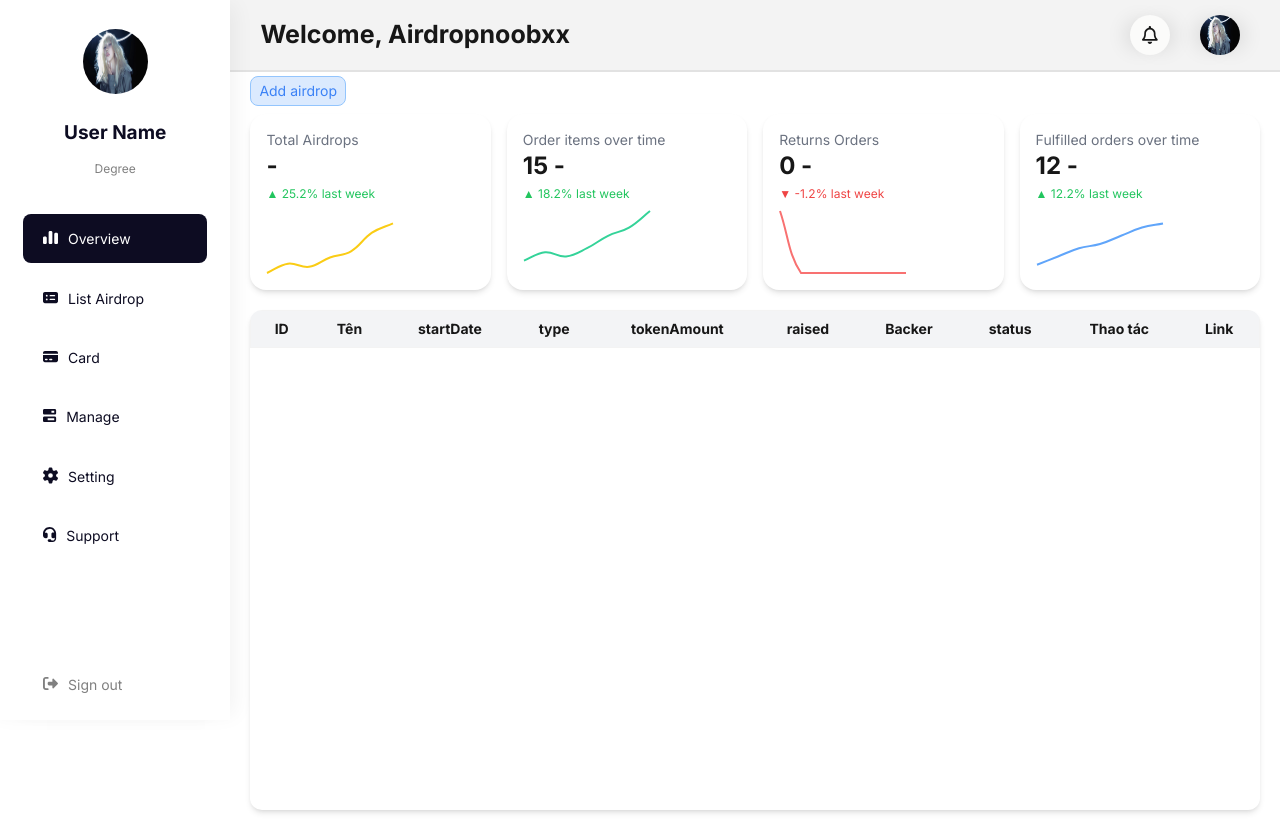
Repository: conGaStuer/airdropmamager
Page: /airdrops
The author's editor kept a copy of each file at every save. The page is drawn from the files as they stood at one save, then again after the next save.
The browser window is 1280 px wide. The pictures show the whole page.
The page's requests for data from a server got no answer. The project was rebuilt for these pictures with package versions that can differ from the ones it lists, and the page was loaded fresh each time. The framework's server and built-in components were replaced by stand-ins that run in the browser. No one was signed in, and anything a server would have sent is missing. Also part of the build but not shown: next.config.ts.

Above is the page before, as saved 2025-05-28 19:04:56.

After the next save:
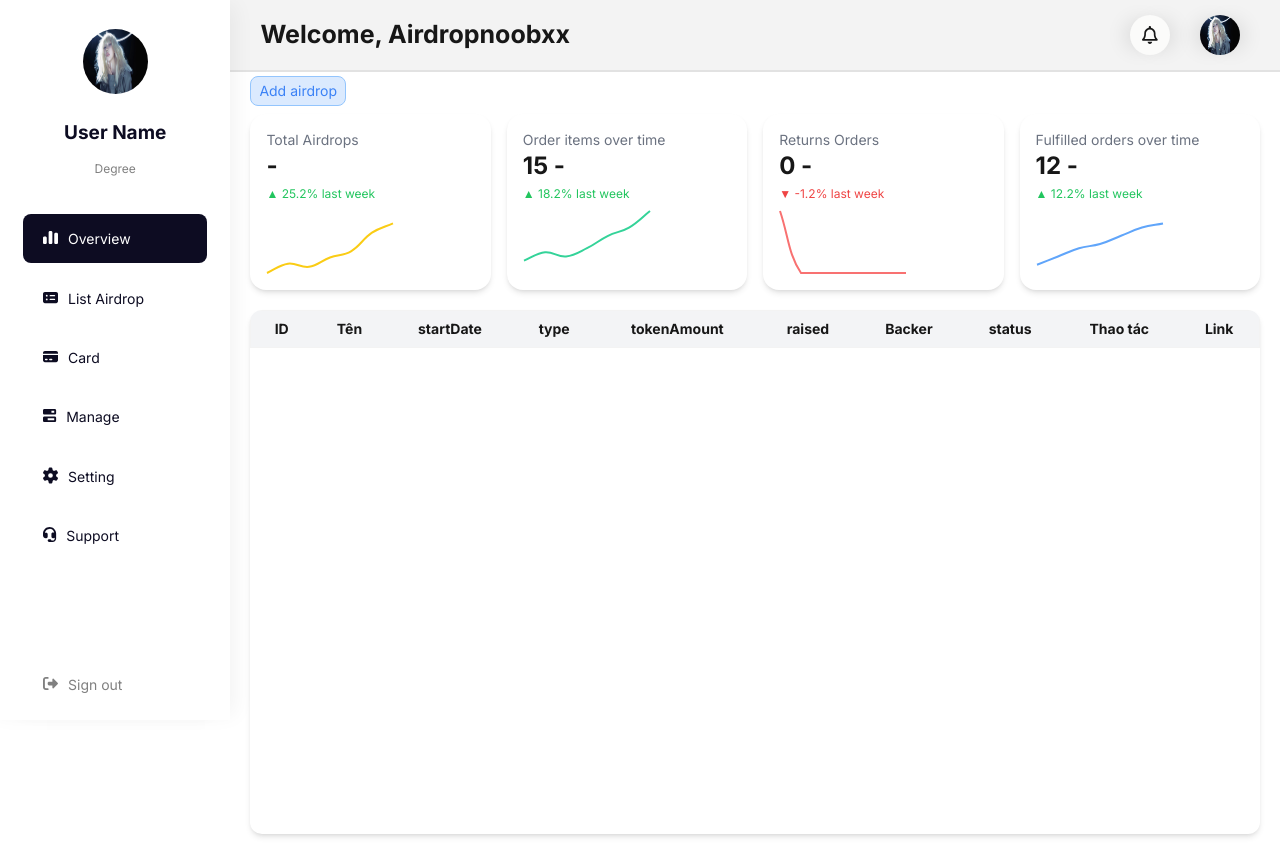
Saved 19 s later.
--- a/src/app/airdrops/page.js
+++ b/src/app/airdrops/page.js
@@ -101,7 +101,11 @@
       </div>
 
       <div className="rounded-xl overflow-hidden shadow-md mt-5 min-table-height">
-        <table cellPadding="15" className="w-full bg-white">
+        <table
+          cellPadding="15"
+          style={{ minHeight: "500px" }}
+          className="w-full bg-white"
+        >
           <thead className="bg-gray-100 text-sm text-center">
             <tr>
               <th className="px-4 py-2">ID</th>

After the save that followed:
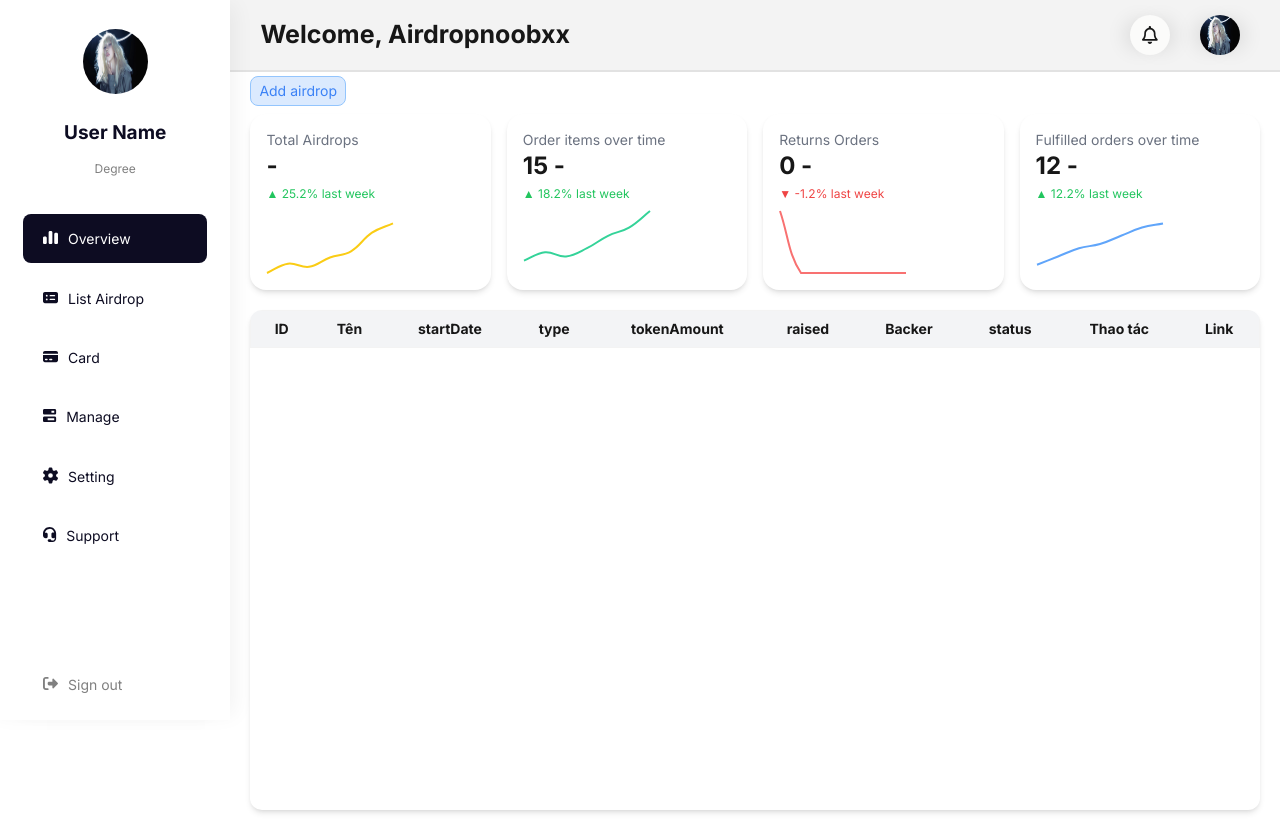
Saved 8 s later.
--- a/src/app/airdrops/page.js
+++ b/src/app/airdrops/page.js
@@ -101,11 +101,7 @@
       </div>
 
       <div className="rounded-xl overflow-hidden shadow-md mt-5 min-table-height">
-        <table
-          cellPadding="15"
-          style={{ minHeight: "500px" }}
-          className="w-full bg-white"
-        >
+        <table cellPadding="15" className="w-full bg-white">
           <thead className="bg-gray-100 text-sm text-center">
             <tr>
               <th className="px-4 py-2">ID</th>
